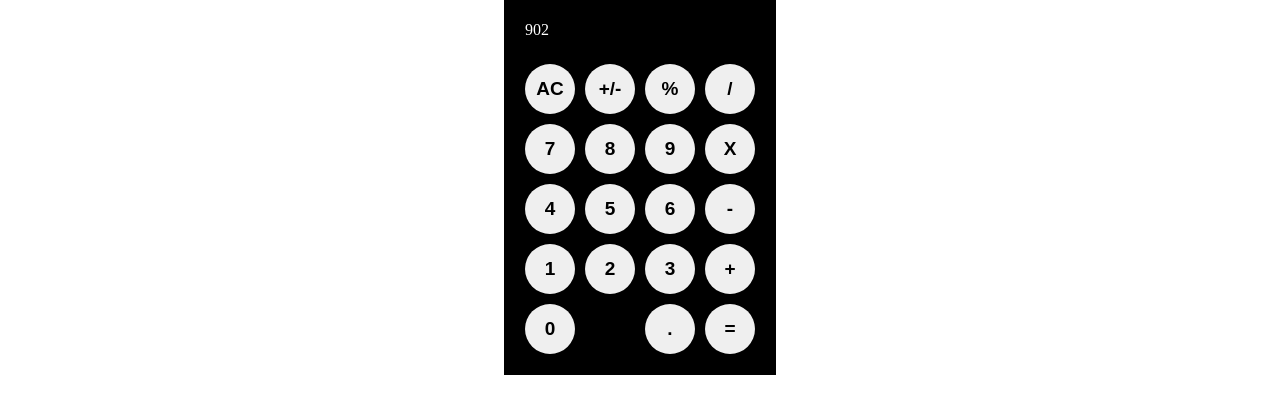
Repository: dmpelaez/calculator
Page: Calculator.html
These files come from the project's save history. The page is drawn as it stood at one moment and after the next save; the edit follows.
The browser window is 1280 px wide. The pictures show the whole page.

Above is the page before, as saved 2025-12-15 20:04:16.

### Calculator.html
<!DOCTYPE html>

  <html>
    <head>

      <title>Calculator</title>

      <!--CSS-->
      <link rel="stylesheet" href="Calculator.css">

    </head>
    <body>
      <!--Container-->
      <main class="container">

        <!--Sections-->
        <section class="Section">

          <!--Input section-->
          <div class="inputSection">902</div>

          <!--Btns section-->
          <div class="btnSection">
            <button class="btn cancel">AC</button>
            <button class="btn signs">+/-</button>
            <button class="btn rmnder">%</button>
            <button class="btn divide">/</button>
            <button class="btn seven">7</button>
            <button class="btn eight">8</button>
            <button class="btn nine">9</button>
            <button class="btn times">X</button>
            <button class="btn four">4</button>
            <button class="btn five">5</button>
            <button class="btn six">6</button>
            <button class="btn minus">-</button>
            <button class="btn one">1</button>
            <button class="btn two">2</button>
            <button class="btn three">3</button>
            <button class="btn plus">+</button>
            <button class="btn zero">0</button>
            <button class="btn dot">.</button>
            <button class="btn equal">=</button>
          </div>
        </section>


      </main>

      <script src="Calculator.js"></script>
    </body>

  </html>

### Calculator.css
body {
  margin: 0;
  padding: 0;
  box-sizing: border-box;
  display: flex;
  align-items: center;
  justify-content: center;

}

.Section {
display: flex;
flex-direction: column;
border: 1px solid black;

gap: 20px;
background: black;
}
.inputSection {
  color: white;
  padding: 20px;
  padding-bottom: 0px;
}
.btnSection {
  display: grid;
  grid-template-columns: 1fr 1fr 1fr 1fr;
  padding: 20px;
  gap: 10px;
  padding-top: 5px;
}
.btn {
  border: none;
  height: 50px;
  width: 50px;
  border-radius: 50%;
  font-weight: bold;
  Font-size: 19px;
}
.equal {
  grid-column: 4
}
.dot {
  grid-column: 3
}
.zero {
  grid-row: 5;
  grid-column: 1 / 2 span;
  background: wwhite;
}

Loaded but not shown: Calculator.js (no stored copy; drawn as an empty file)

After the next save:
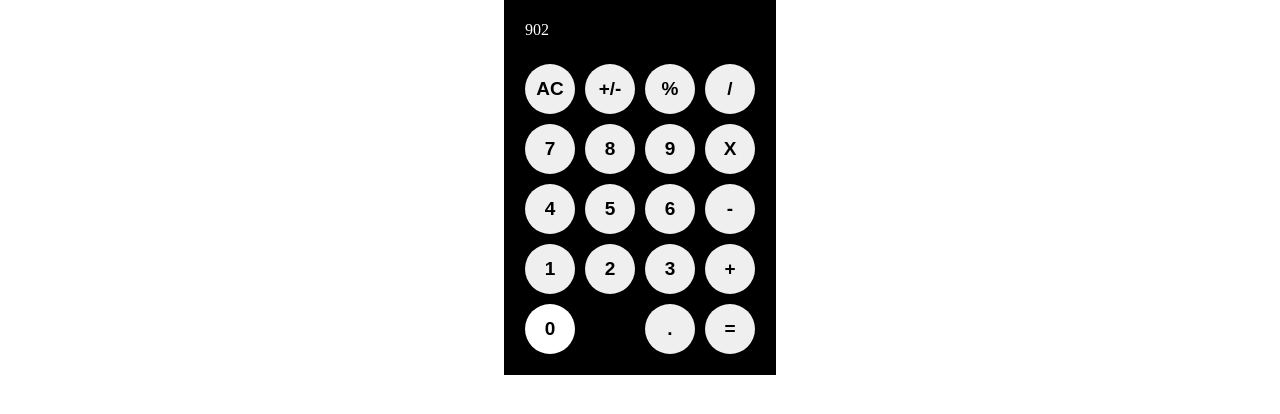
Saved 5 s later.
--- a/Calculator.css
+++ b/Calculator.css
@@ -45,5 +45,5 @@ background: black;
 .zero {
   grid-row: 5;
   grid-column: 1 / 2 span;
-  background: wwhite;
+  background: white;
 }
